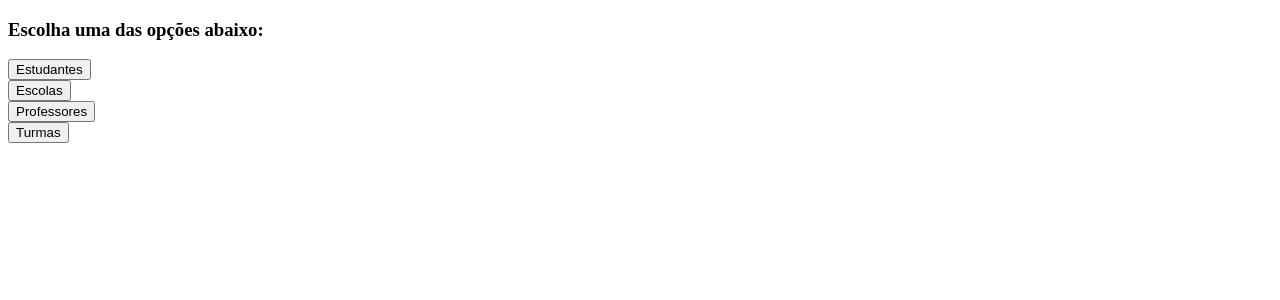
Repository: ipti/br.tag.webservice
Page: http://localhost/Restful-API-TAG/
An editor plug-in stored every save of this project. The page is shown before and after the next save, followed by the edit.
The browser window is 1280 px wide. The pictures show the whole page.
The page is served by Tomcat 9. Other server files are loaded and not shown.

Above is the page before, as saved 2016-04-27 12:54:05.

### Restful-API-TAG/WebContent/index.jsp
<%@ page language="java" contentType="text/html; charset=ISO-8859-1"
	pageEncoding="ISO-8859-1"%>
<!DOCTYPE html PUBLIC "-//W3C//DTD HTML 4.01 Transitional//EN" "http://www.w3.org/TR/html4/loose.dtd">
<html>
<head>
<link rel="stylesheet" href="styles.css">
<meta http-equiv="Content-Type" content="text/html; charset=ISO-8859-1">
<title>API TAG</title>
</head>
<body>

	<div>
		<h3>Escolha uma das opções abaixo:</h3>

		<div style="">
			<input type="submit" id="students" value="Estudantes" />
		</div>
		<div>
			<input type="submit" id="students" value="Escolas" />
		</div>
		<div>
			<input type="submit" id="students" value="Professores" />
		</div>
		<div>
			<input type="submit" id="students" value="Turmas" />
		</div>
	</div>



</body>
</html>

### Restful-API-TAG/WebContent/styles.css
@CHARSET "ISO-8859-1";

#mainDiv {
    /* Just to center the form on the page */
    margin: 0 auto;
    width: 400px;
    /* To see the outline of the form */
    padding: 1em;
    border: 1px solid #CCC;
    border-radius: 1em;
}

After the next save:
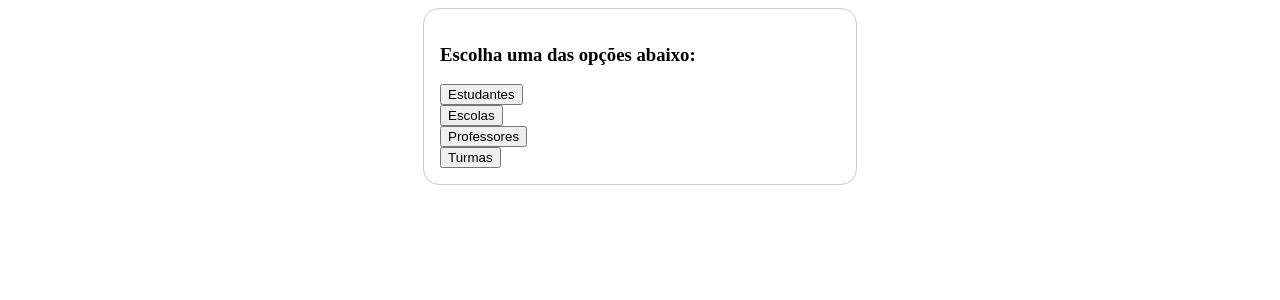
Saved 10 s later.
--- a/Restful-API-TAG/WebContent/index.jsp
+++ b/Restful-API-TAG/WebContent/index.jsp
@@ -9,7 +9,7 @@
 </head>
 <body>
 
-	<div>
+	<div id="mainDiv">
 		<h3>Escolha uma das opções abaixo:</h3>
 
 		<div style="">
